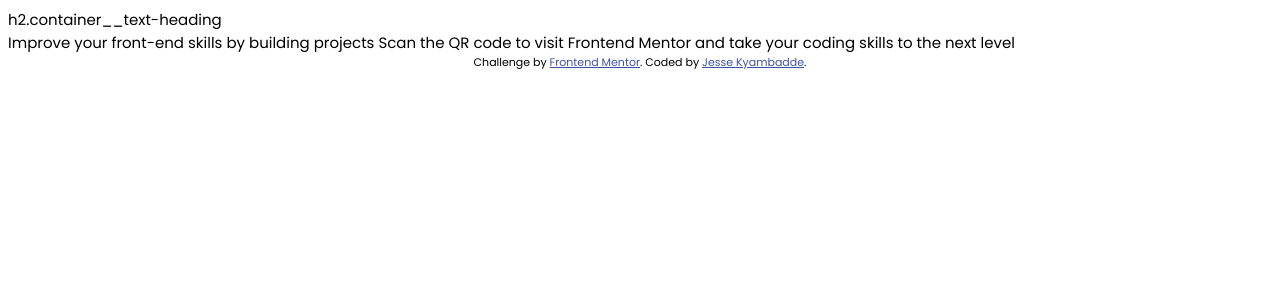
Repository: jesar-enl/qr-code-component-main-sample
Page: index.html
These files come from the project's save history. The page is drawn as it stood at one moment and after the next save; the edit follows.
The browser window is 1280 px wide. The pictures show the whole page.

Above is the page before, as saved 2022-03-04 08:50:29.

After the next save:
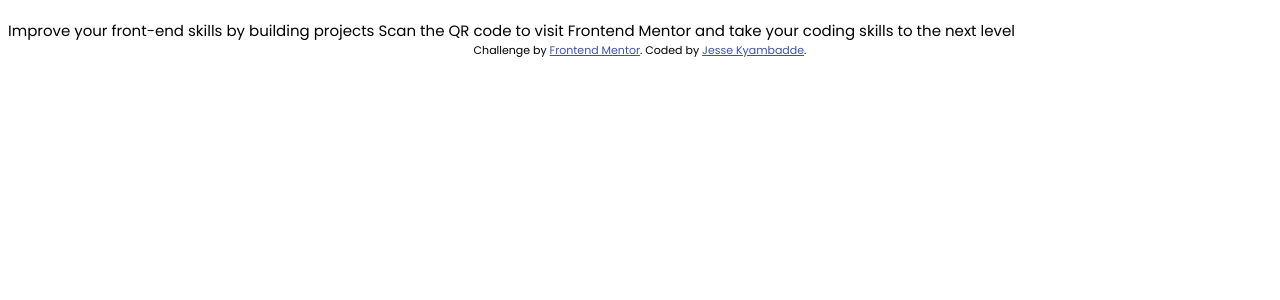
Saved 5 s later.
--- a/index.html
+++ b/index.html
@@ -22,7 +22,7 @@
 
     </div>
     <div class="container__text">
-      h2.container__text-heading
+      <h2 class="container__text-heading"></h2>
     </div>
   </div>
 
